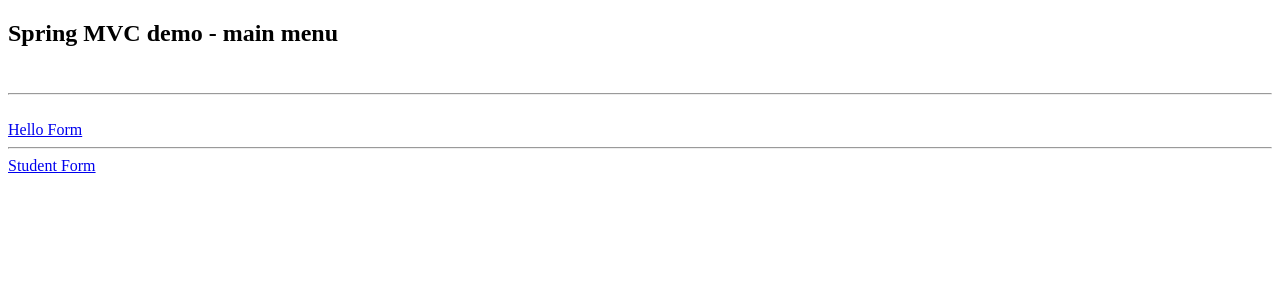
Repository: BhautikSakhiya/spring-learn
Page: http://localhost/spring-mvc-demo/
An editor plug-in stored every save of this project. The page is shown before and after the next save, followed by the edit.
The browser window is 1280 px wide. The pictures show the whole page.
The page is served by Tomcat 9.

Above is the page before, as saved 2022-07-05 05:59:02.

After the next save:
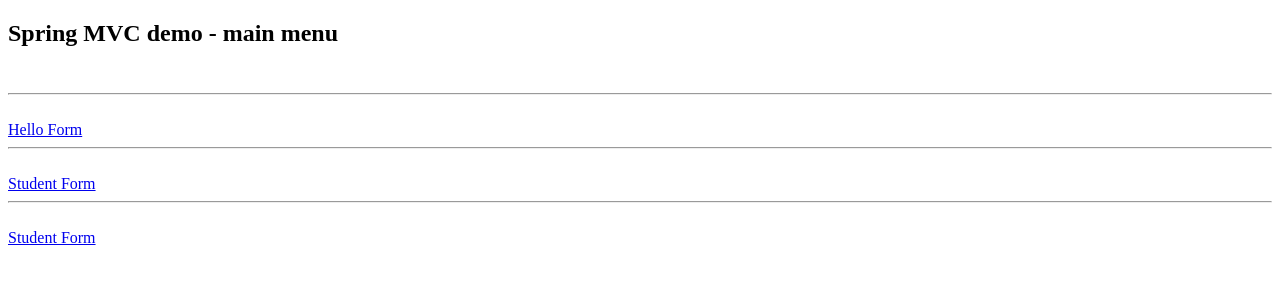
Saved 108 s later.
--- a/spring-mvc-demo/WebContent/WEB-INF/view/main-menu.jsp
+++ b/spring-mvc-demo/WebContent/WEB-INF/view/main-menu.jsp
@@ -10,7 +10,10 @@
 <h2>Spring MVC demo - main menu</h2>
 <br><hr><br>
 <a href="showForm">Hello Form</a>
-<hr>
+<hr><br>
 <a href="studentController/showForm">Student Form</a>
+<hr><br>
+<a href="customer/showForm">Student Form</a>
+
 </body>
 </html>
